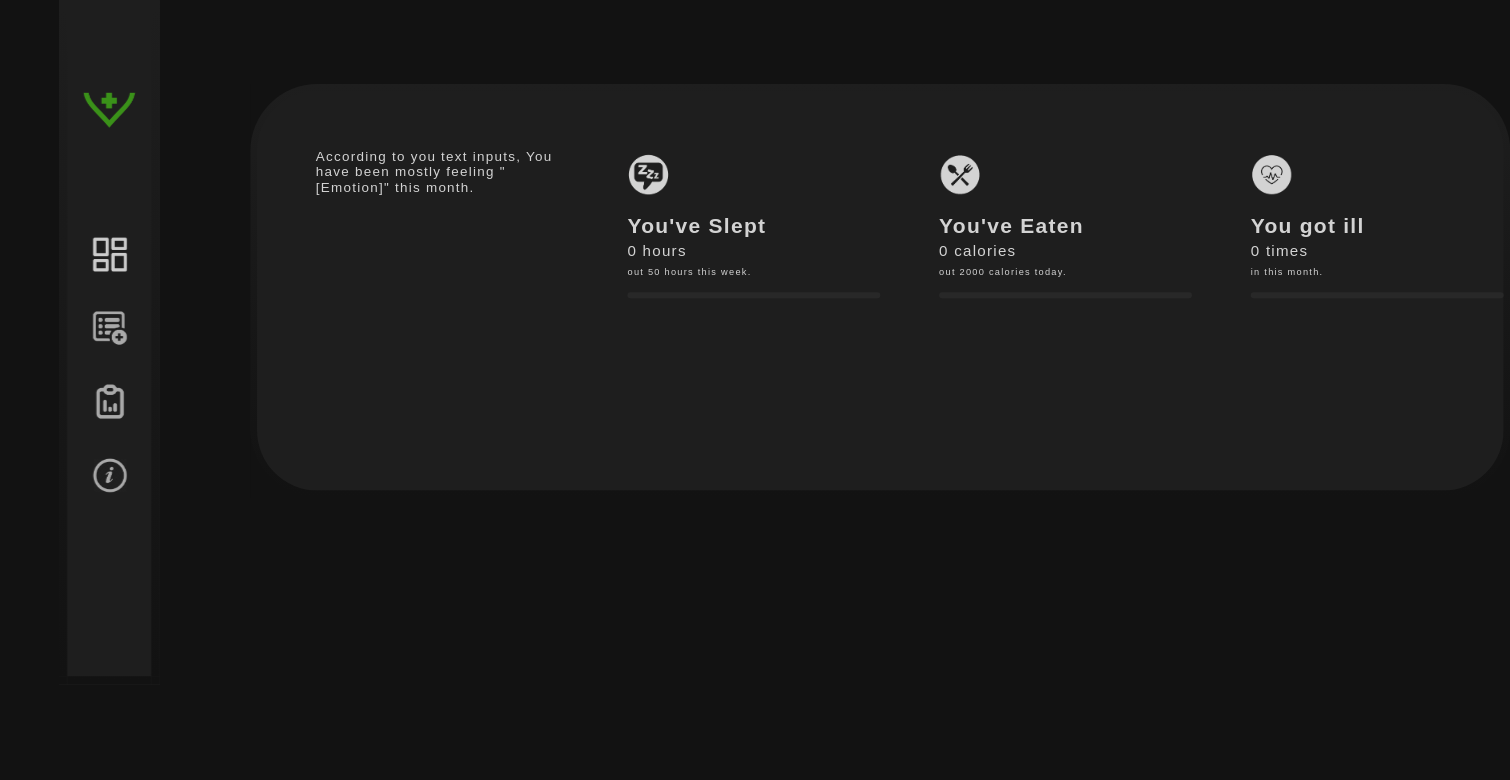
Repository: mhmd-bilal/health-analytics-dashboard
Page: http://localhost/project/anal.jsp
The author's editor kept a copy of each file at every save. The page is drawn from the files as they stood at one save, then again after the next save.
The browser window is 1280 px wide. The page is 1798 px wide, so the pictures cover 1798 px, including what lies to the right of the window. The pictures show the whole page, at 84% of full size.
Some web fonts or font styles are not loaded; a fallback is used. Some web libraries are served in a nearby version. The page is served by Tomcat 10. Queries for data that is not in the repository find no rows.

Above is the page before, as saved 2023-12-07 16:08:24.

After the next save:
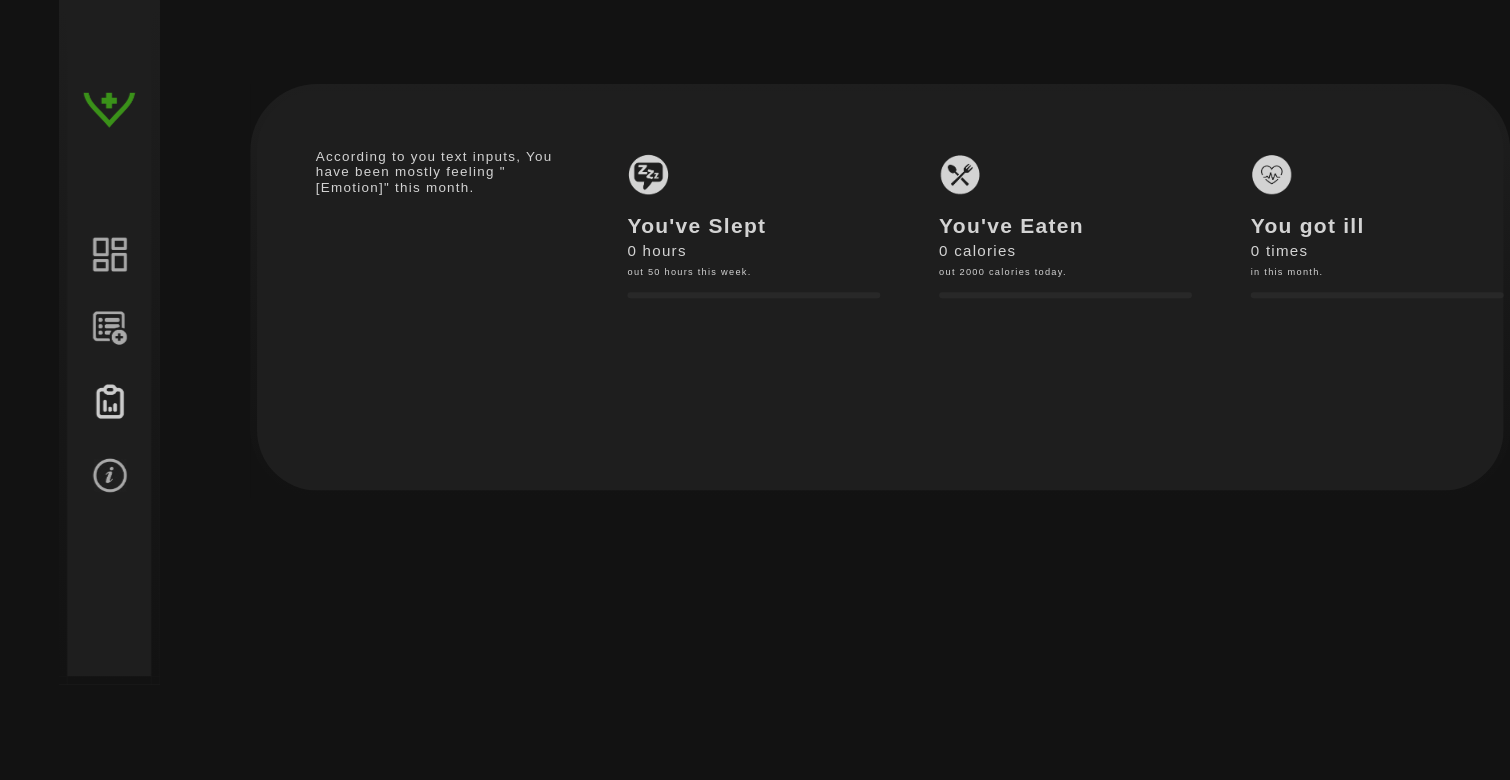
Saved 65 s later.
--- a/project/src/main/webapp/anal.jsp
+++ b/project/src/main/webapp/anal.jsp
@@ -22,9 +22,9 @@
       <body>
   <div class="sidenav">
     <a href="#" style="padding-bottom: 100px;padding-left: 10px;"><img style="width: 95%;filter: brightness(1);" src="logo.png"></a>
-    <a class="active" href="index2.jsp"><img src="dashboard.png"></a>
+    <a href="index2.jsp"><img src="dashboard.png"></a>
     <a href="add.jsp"><img src="add.png"></a>
-    <a href="anal.jsp"><img src="anal.png"></a>
+    <a class="active" href="anal.jsp"><img src="anal.png"></a>
     <a href="info.jsp"><img src="info.png"></a>
   </div>
         <div class="main">
